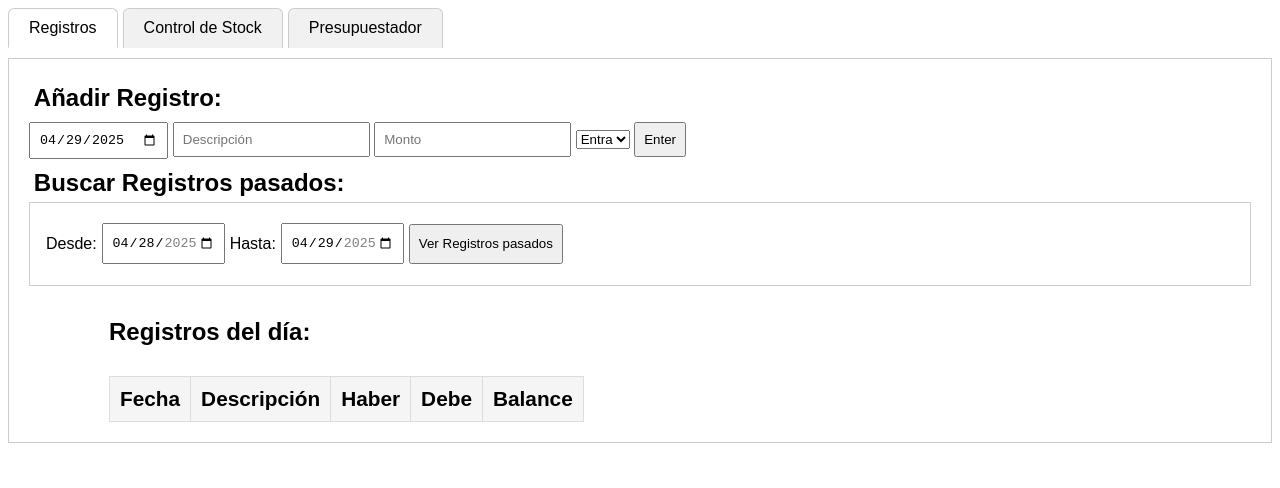
Repository: Joako-Herrero/Proyecto-de-Feria-de-ciencias
Page: program/registro.html
These files come from the project's save history. The page is drawn as it stood at one moment and after the next save; the edit follows.
The browser window is 1280 px wide. The pictures show the whole page.
The page's requests for data from a server got no answer.

Above is the page before, as saved 2025-05-28 16:40:00.

After the next save:
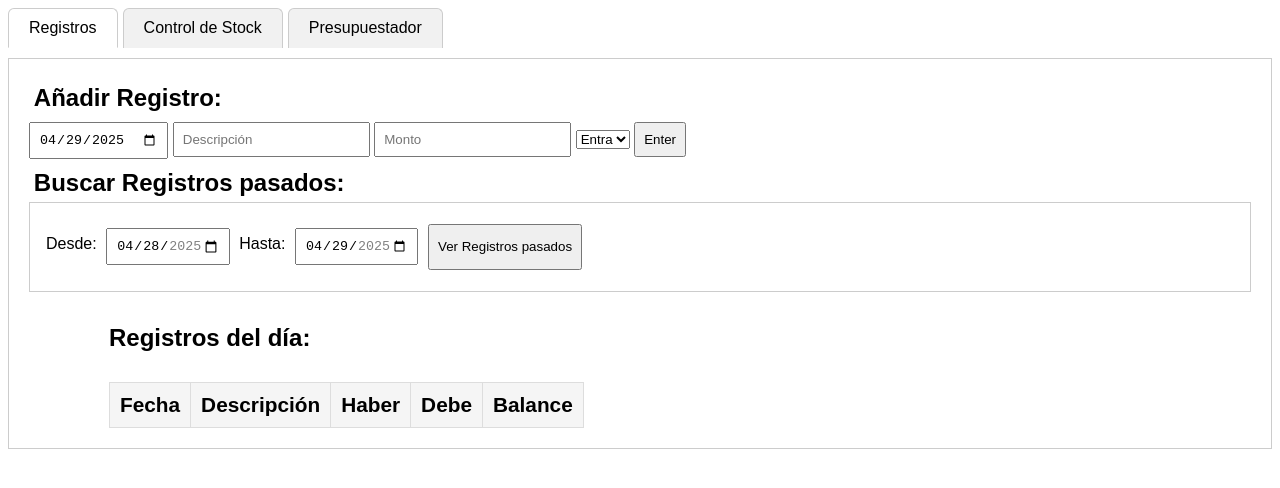
Saved 5 s later.
--- a/program/registro.html
+++ b/program/registro.html
@@ -69,7 +69,7 @@
         }
 
         #formFiltrarFechas input{
-            margin: .3rem;
+            margin: .6rem;
         }
 
 
